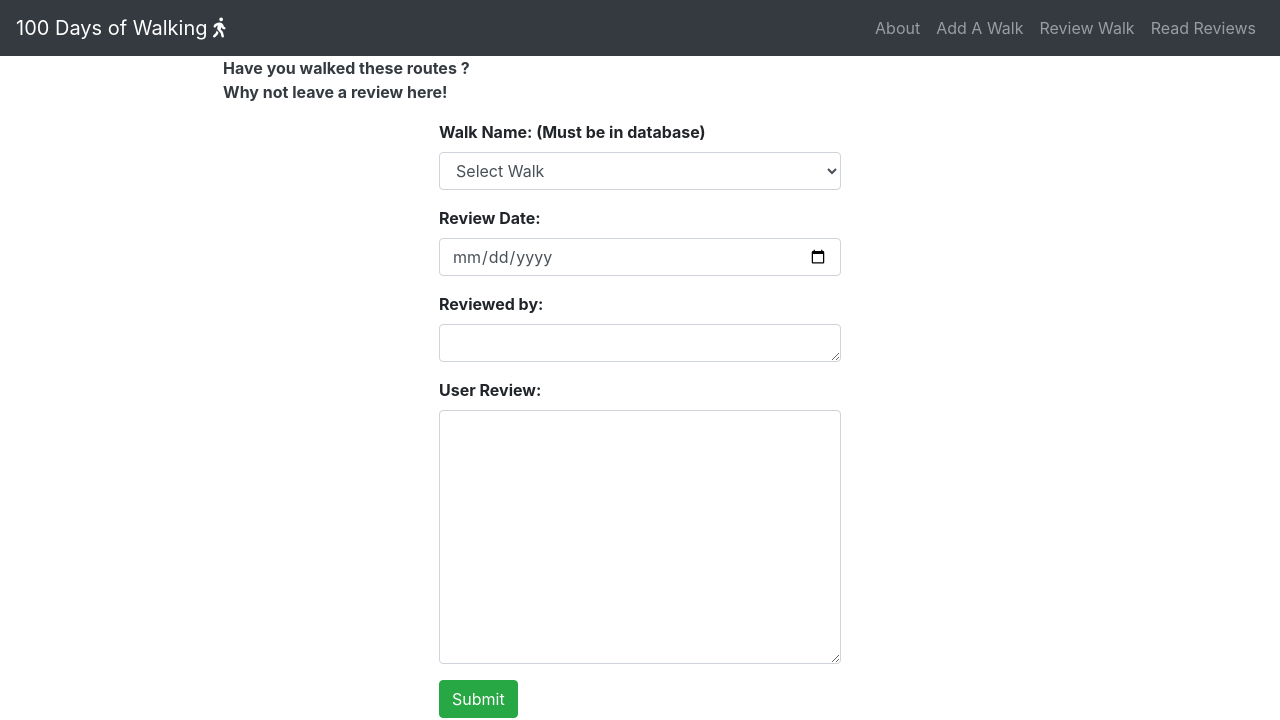
Repository: 5803emma/days-of-walking
Page: http://localhost/leave_review
The author's editor kept a record of every edit. The page is drawn from the files as they stood at one moment, then again after the next edit.
The browser window is 1280 px wide. The pictures show the whole page.
Some web libraries are served in a nearby version. The page is served by the project's application, run on Flask 3 (app.py). Queries for data that is not in the repository find no rows.

Above is the page before.

After the next edit:
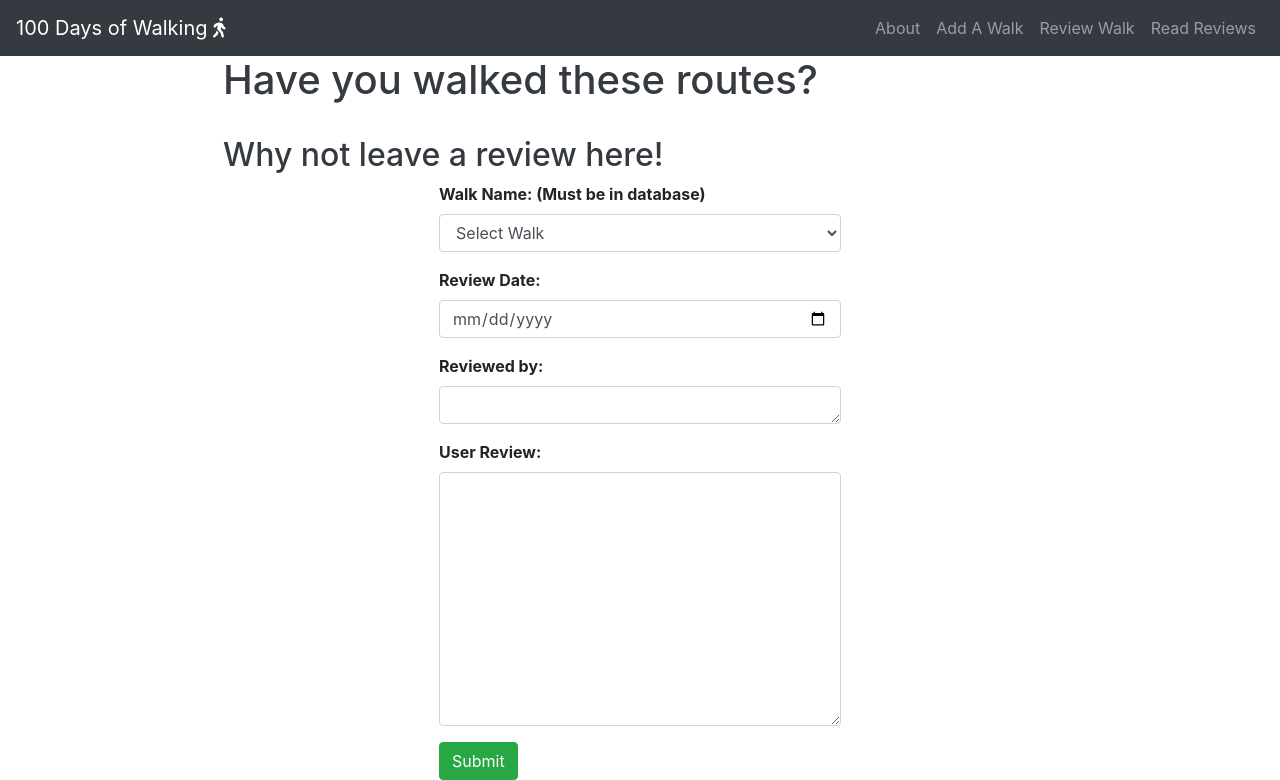
The edit:
--- a/templates/walk_review.html
+++ b/templates/walk_review.html
@@ -5,7 +5,7 @@
 
     <div class="row justify-content-center">
         <div class="col-10 text-dark welcome-text">
-            <p><strong>Have you walked these routes ? <br> Why not leave a review here!</strong></p>
+            <h1>Have you walked these routes?</h1><br><h2>Why not leave a review here!</h2>
         </div>
     </div>
     <div class="row row-form justify-content-center">
